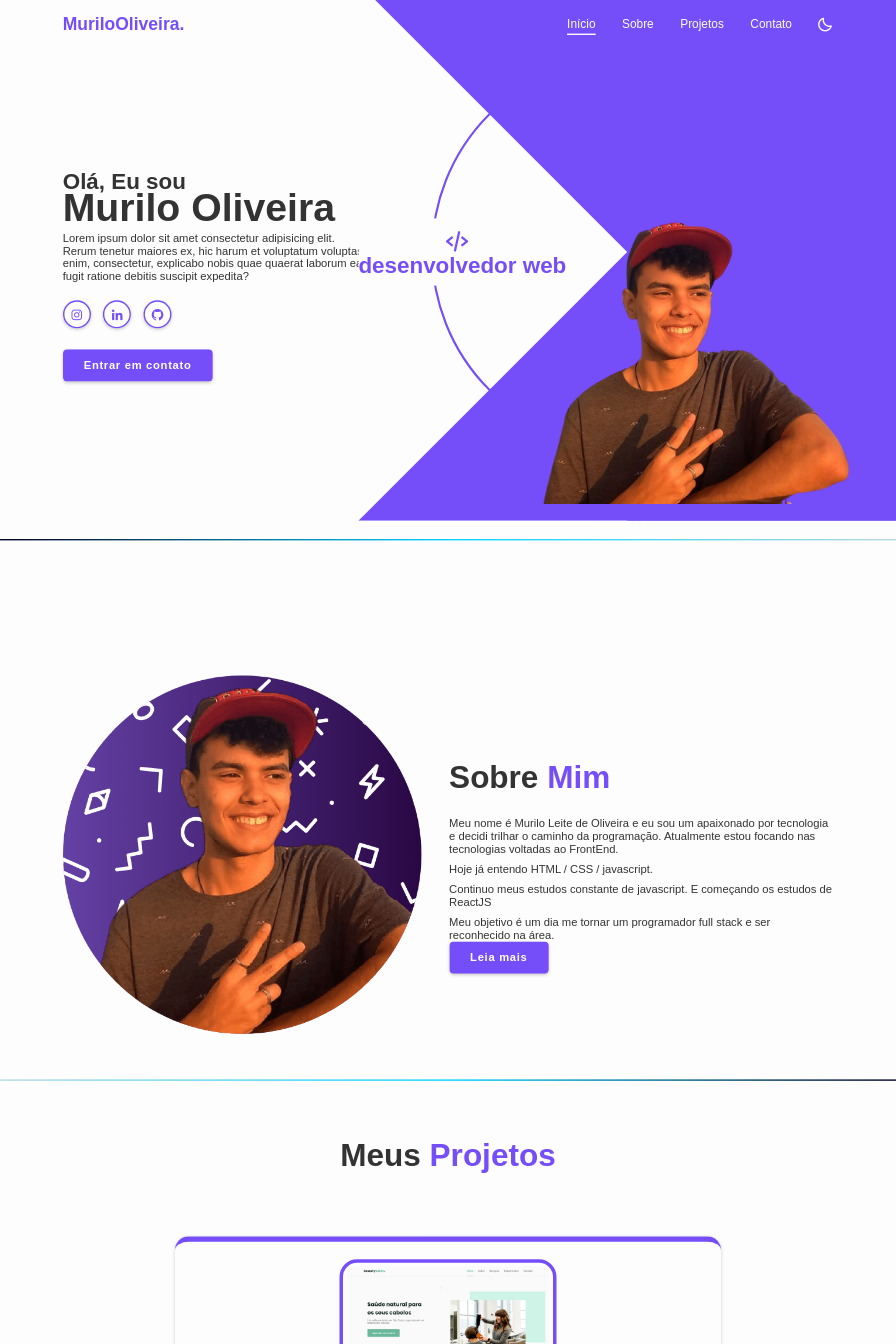
Repository: devMuriloOliveira/Portfolio-
Page: index.html
These files come from the project's save history. The page is drawn as it stood at one moment and after the next save; the edit follows.
The browser window is 1280 px wide. The pictures show the part of the page from y = 0 to 1920 px (the page is 3045 px tall), at 70% of full size.
Some web fonts or font styles are not loaded; a fallback is used.

Above is the page before, as saved 2023-03-14 20:22:54.

After the next save:
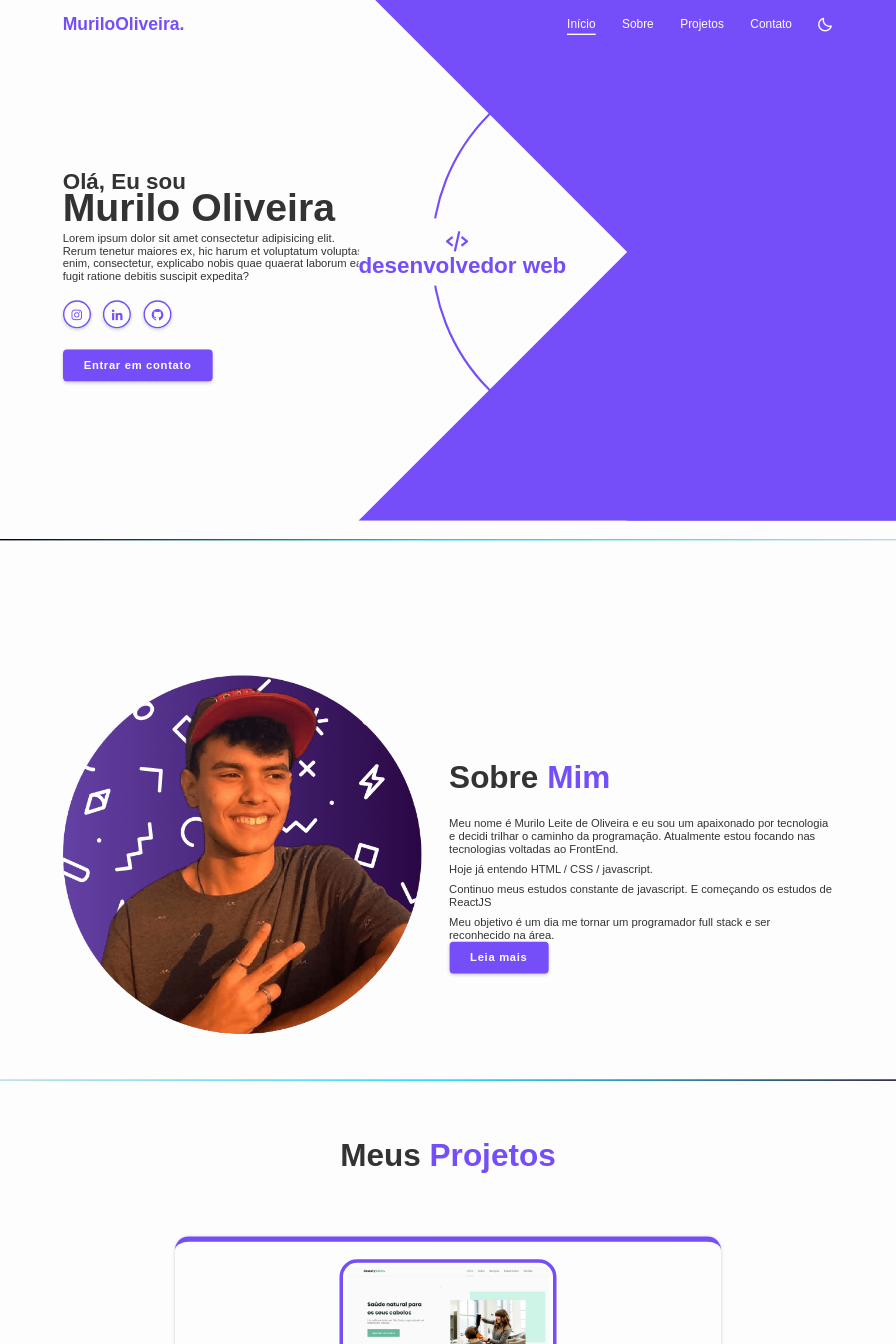
Saved 117 s later.
--- a/index.html
+++ b/index.html
@@ -91,7 +91,7 @@
       </div>
 
       <div class="inicio-img">
-        <img src="assets/homem_sorrindo-removebg-preview.png" alt="" />
+        <!--<img src="assets/homem_sorrindo-removebg-preview.png" alt="" />-->
       </div>
     </section>
 
